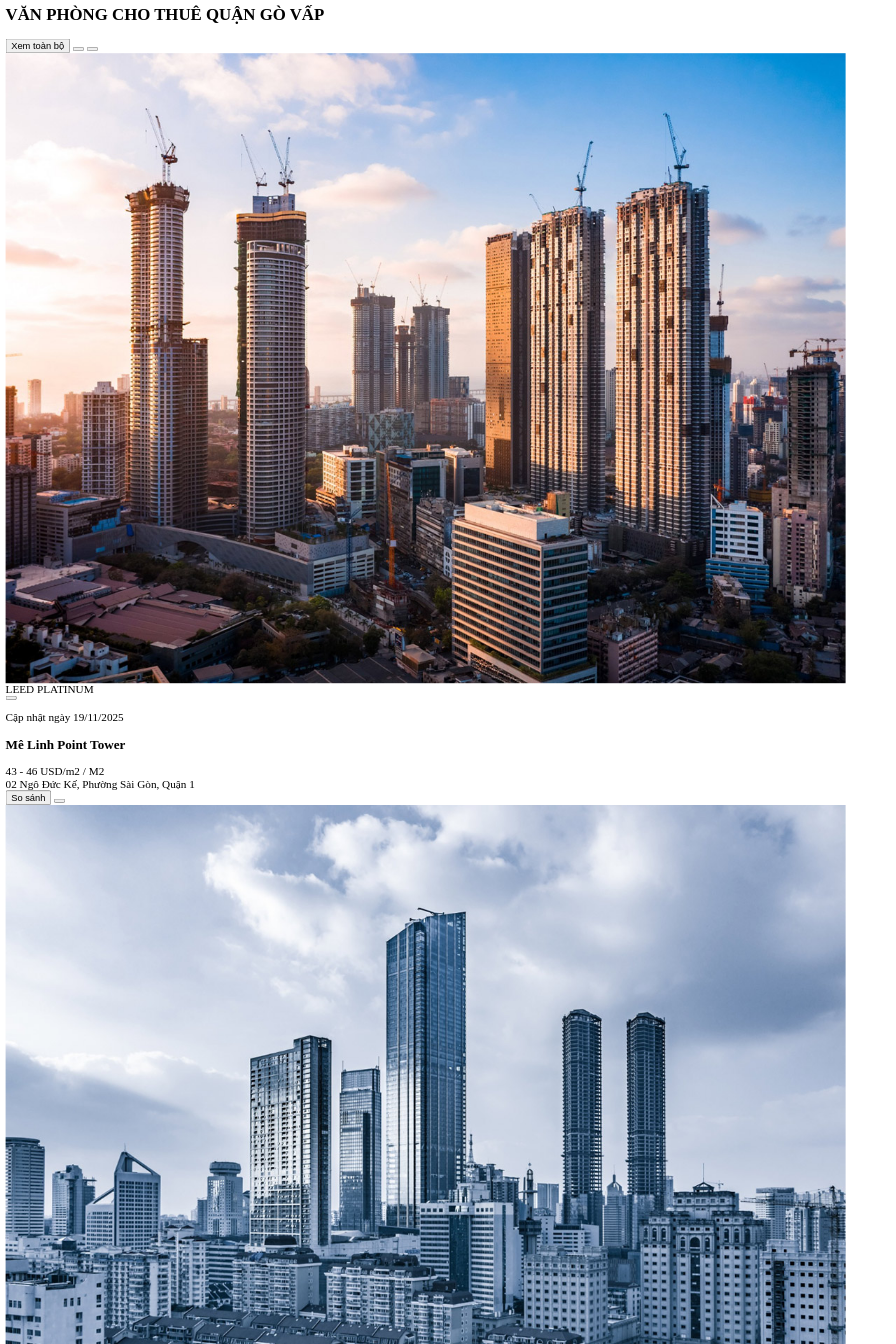
Repository: HuyTranTuan/anphuholdings
Page: partials/office-rental/office-rental-ward-go-vap.html
These files come from the project's save history. The page is drawn as it stood at one moment and after the next save; the edit follows.
The browser window is 1280 px wide. The pictures show the part of the page from y = 0 to 1920 px (the page is 4382 px tall), at 70% of full size.

Above is the page before, as saved 2025-12-22 16:06:34.

After the next save:
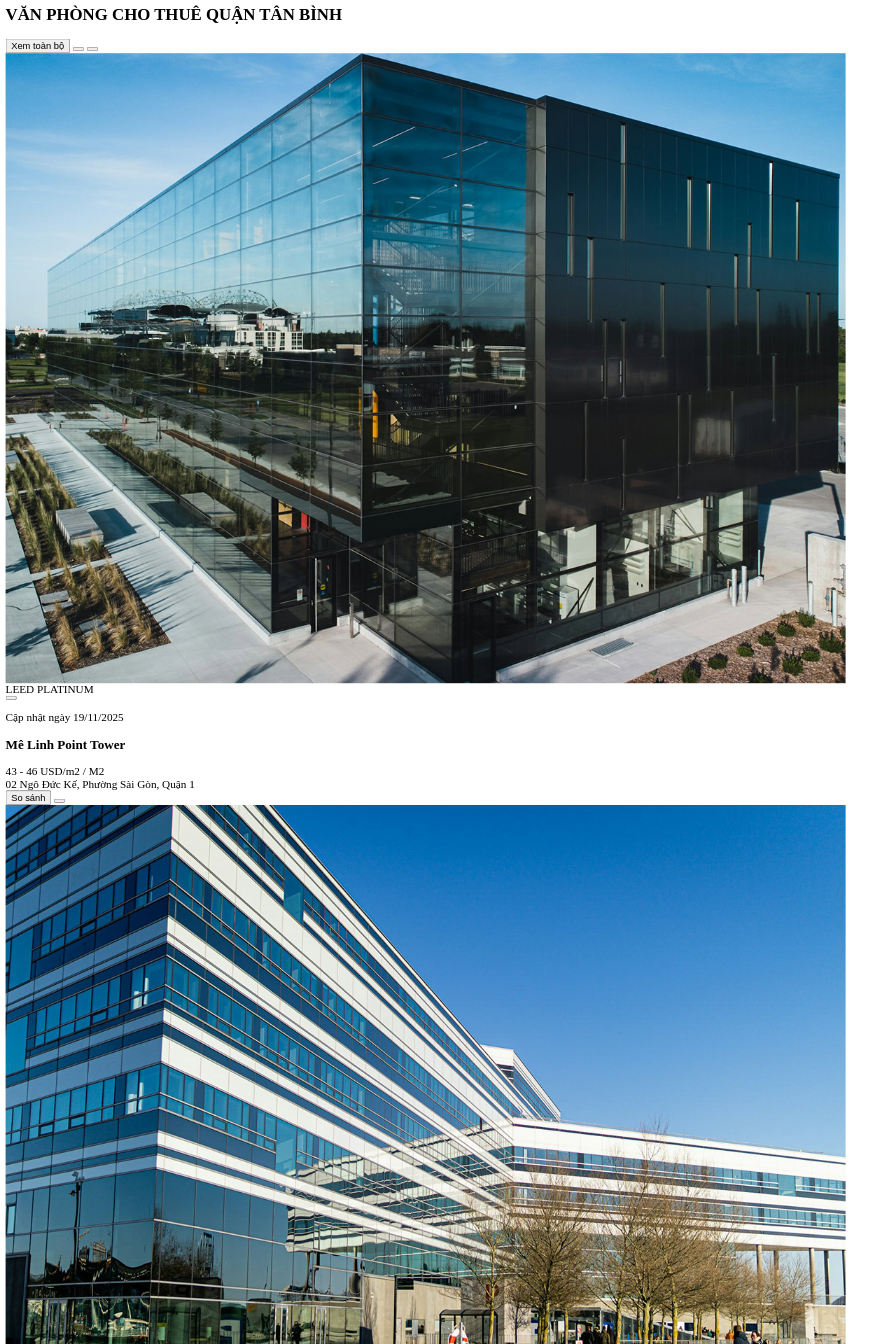
Saved 45 s later.
--- a/partials/office-rental/office-rental-ward-go-vap.html
+++ b/partials/office-rental/office-rental-ward-go-vap.html
@@ -1,7 +1,7 @@
-<div class="mx-auto ">
+<div class="mx-auto mb-16">
     <div class="mb-8 flex items-center justify-between">
         <h2 data-aos="fade" data-aos-duration="1000" data-aos-easing="ease-in-out" class="text-3xl font-bold text-navy">
-            VĂN PHÒNG CHO THUÊ QUẬN GÒ VẤP
+            VĂN PHÒNG CHO THUÊ QUẬN TÂN BÌNH
         </h2>
 
         <div data-aos="fade-up" data-aos-duration="1000" data-aos-easing="ease-in-out" class="flex gap-3">
@@ -23,7 +23,7 @@
         <div class="swiper-slide overflow-hidden rounded-2xl bg-white shadow-md transition hover:shadow-lg">
             <div class="swiper-sliderelative">
                 <div class="flex h-48 items-center justify-center bg-slate-200">
-                    <img src="assets/images/detail/detail-30.jpg" alt="" class="block w-full h-full object-cover">
+                    <img src="assets/images/detail/detail-38.jpg" alt="" class="block w-full h-full object-cover">
                 </div>
                 <div class="absolute left-3 top-2 rounded bg-gold px-2 py-1 text-xs font-semibold text-white">
                     LEED PLATINUM
@@ -68,7 +68,7 @@
         <div class="swiper-slide overflow-hidden rounded-2xl bg-white shadow-md transition hover:shadow-lg">
             <div class="relative">
                 <div class="flex h-48 items-center justify-center bg-slate-200">
-                    <img src="assets/images/detail/detail-31.jpg" alt="" class="block w-full h-full object-cover">
+                    <img src="assets/images/detail/detail-39.jpg" alt="" class="block w-full h-full object-cover">
                 </div>
                 <div class="absolute left-3 top-3 rounded bg-gold px-2 py-1 text-xs font-semibold text-white">
                     LEED PLATINUM
@@ -113,7 +113,7 @@
         <div class="swiper-slide overflow-hidden rounded-2xl bg-white shadow-md transition hover:shadow-lg">
             <div class="relative">
                 <div class="flex h-48 items-center justify-center bg-slate-200">
-                    <img src="assets/images/detail/detail-32.jpg" alt="" class="block w-full h-full object-cover">
+                    <img src="assets/images/detail/detail-40.jpg" alt="" class="block w-full h-full object-cover">
                 </div>
                 <div class="absolute left-3 top-3 rounded bg-gold px-2 py-1 text-xs font-semibold text-white">
                     LEED PLATINUM
@@ -158,7 +158,7 @@
         <div class="overflow-hidden rounded-2xl bg-white shadow-md transition hover:shadow-lg">
             <div class="relative">
                 <div class="flex h-48 items-center justify-center bg-slate-200">
-                    <img src="assets/images/detail/detail-33.jpg" alt="" class="block w-full h-full object-cover">
+                    <img src="assets/images/detail/detail-41.jpg" alt="" class="block w-full h-full object-cover">
                 </div>
                 <div class="absolute left-3 top-3 rounded bg-gold px-2 py-1 text-xs font-semibold text-white">
                     LEED PLATINUM

After the save that followed:
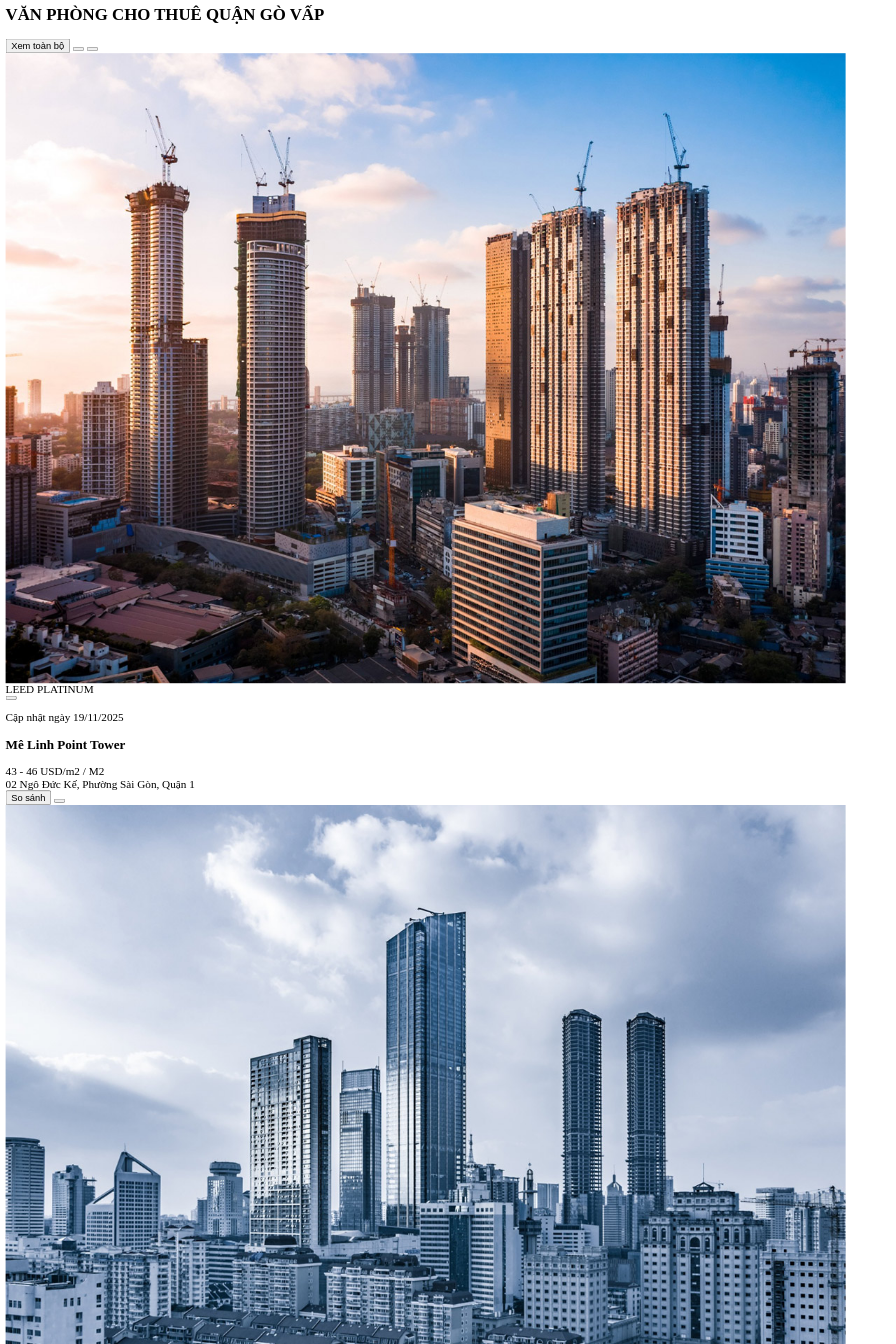
Saved 51 s later.
--- a/partials/office-rental/office-rental-ward-go-vap.html
+++ b/partials/office-rental/office-rental-ward-go-vap.html
@@ -1,7 +1,7 @@
-<div class="mx-auto mb-16">
+<div class="mx-auto ">
     <div class="mb-8 flex items-center justify-between">
         <h2 data-aos="fade" data-aos-duration="1000" data-aos-easing="ease-in-out" class="text-3xl font-bold text-navy">
-            VĂN PHÒNG CHO THUÊ QUẬN TÂN BÌNH
+            VĂN PHÒNG CHO THUÊ QUẬN GÒ VẤP
         </h2>
 
         <div data-aos="fade-up" data-aos-duration="1000" data-aos-easing="ease-in-out" class="flex gap-3">
@@ -23,7 +23,7 @@
         <div class="swiper-slide overflow-hidden rounded-2xl bg-white shadow-md transition hover:shadow-lg">
             <div class="swiper-sliderelative">
                 <div class="flex h-48 items-center justify-center bg-slate-200">
-                    <img src="assets/images/detail/detail-38.jpg" alt="" class="block w-full h-full object-cover">
+                    <img src="assets/images/detail/detail-30.jpg" alt="" class="block w-full h-full object-cover">
                 </div>
                 <div class="absolute left-3 top-2 rounded bg-gold px-2 py-1 text-xs font-semibold text-white">
                     LEED PLATINUM
@@ -68,7 +68,7 @@
         <div class="swiper-slide overflow-hidden rounded-2xl bg-white shadow-md transition hover:shadow-lg">
             <div class="relative">
                 <div class="flex h-48 items-center justify-center bg-slate-200">
-                    <img src="assets/images/detail/detail-39.jpg" alt="" class="block w-full h-full object-cover">
+                    <img src="assets/images/detail/detail-31.jpg" alt="" class="block w-full h-full object-cover">
                 </div>
                 <div class="absolute left-3 top-3 rounded bg-gold px-2 py-1 text-xs font-semibold text-white">
                     LEED PLATINUM
@@ -113,7 +113,7 @@
         <div class="swiper-slide overflow-hidden rounded-2xl bg-white shadow-md transition hover:shadow-lg">
             <div class="relative">
                 <div class="flex h-48 items-center justify-center bg-slate-200">
-                    <img src="assets/images/detail/detail-40.jpg" alt="" class="block w-full h-full object-cover">
+                    <img src="assets/images/detail/detail-32.jpg" alt="" class="block w-full h-full object-cover">
                 </div>
                 <div class="absolute left-3 top-3 rounded bg-gold px-2 py-1 text-xs font-semibold text-white">
                     LEED PLATINUM
@@ -158,7 +158,7 @@
         <div class="overflow-hidden rounded-2xl bg-white shadow-md transition hover:shadow-lg">
             <div class="relative">
                 <div class="flex h-48 items-center justify-center bg-slate-200">
-                    <img src="assets/images/detail/detail-41.jpg" alt="" class="block w-full h-full object-cover">
+                    <img src="assets/images/detail/detail-33.jpg" alt="" class="block w-full h-full object-cover">
                 </div>
                 <div class="absolute left-3 top-3 rounded bg-gold px-2 py-1 text-xs font-semibold text-white">
                     LEED PLATINUM
